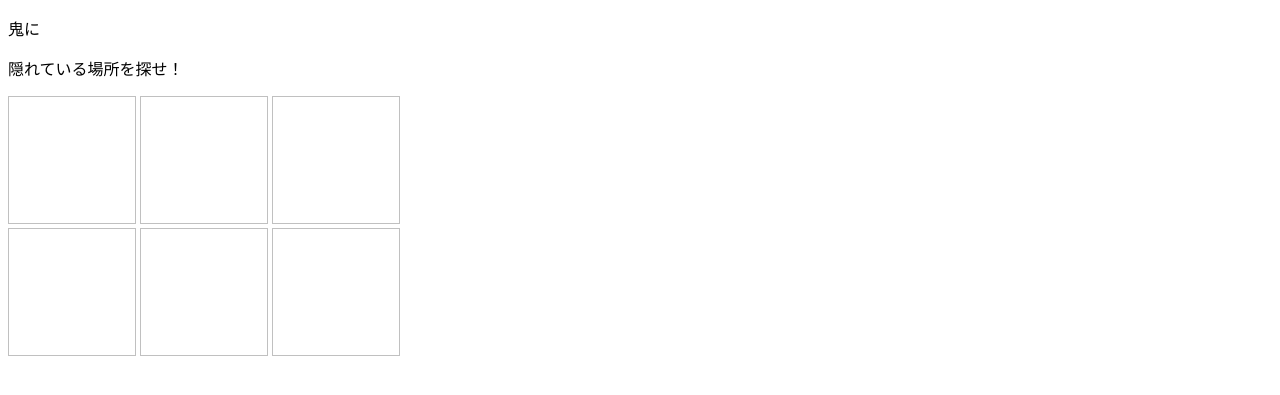
Repository: shoma2491/Mission_Invisible
Page: src/main/resources/templates/game.html
The author's editor kept a copy of each file at every save. The page is drawn from the files as they stood at one save, then again after the next save.
The browser window is 1280 px wide. The pictures show the whole page.

Above is the page before, as saved 2022-01-18 14:29:39.

### src/main/resources/templates/game.html
<!DOCTYPE html>
<html>

<head>

</head>

<body>
        <div sec:authorize="hasRole('ROLE_USER')">
                <p>鬼に</p>
        </div>
        <div sec:authorize="hasRole('ROLE_ONI')">
                <p>隠れている場所を探せ！</p>
        </div>
        <a href="/selectImgNum/1"><img th:src="@{/image/神社.png}" width="128" height="128" /></a>
        <a href="/selectImgNum/2"><img th:src="@{/image/商店街.png}" width="128" height="128" /></a>
        <a href="/selectImgNum/3"><img th:src="@{/image/くさむら.png}" width="128" height="128" /></a>
        <br/>
        <a href="/selectImgNum/4"><img th:src="@{/image/納屋.png}" width="128" height="128" /></a>
        <a href="/selectImgNum/5"><img th:src="@{/image/墓地.png}" width="128" height="128" /></a>
        <a href="/selectImgNum/6"><img th:src="@{/image/木.png}" width="128" height="128" /></a>
</body>

</html>

After the next save:
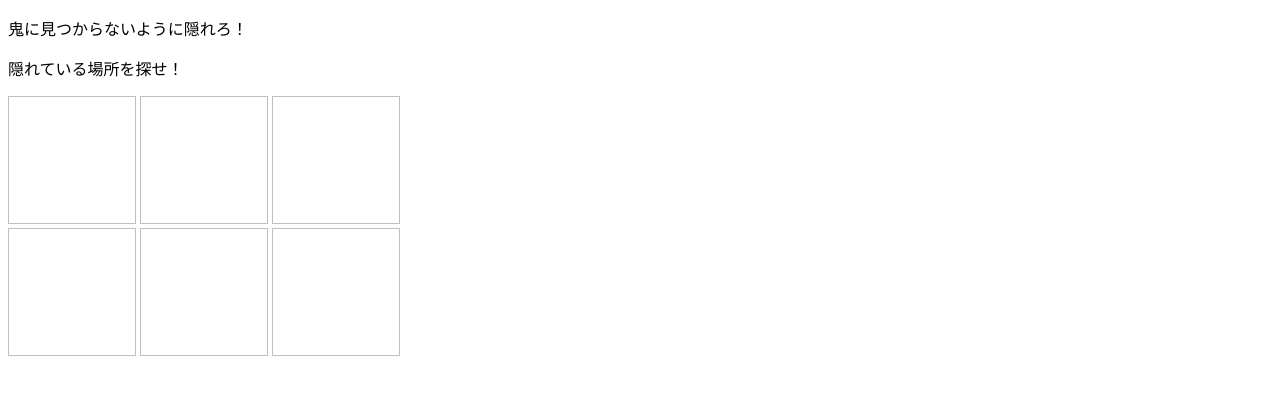
Saved 7 s later.
--- a/src/main/resources/templates/game.html
+++ b/src/main/resources/templates/game.html
@@ -7,7 +7,7 @@
 
 <body>
         <div sec:authorize="hasRole('ROLE_USER')">
-                <p>鬼に</p>
+                <p>鬼に見つからないように隠れろ！</p>
         </div>
         <div sec:authorize="hasRole('ROLE_ONI')">
                 <p>隠れている場所を探せ！</p>
